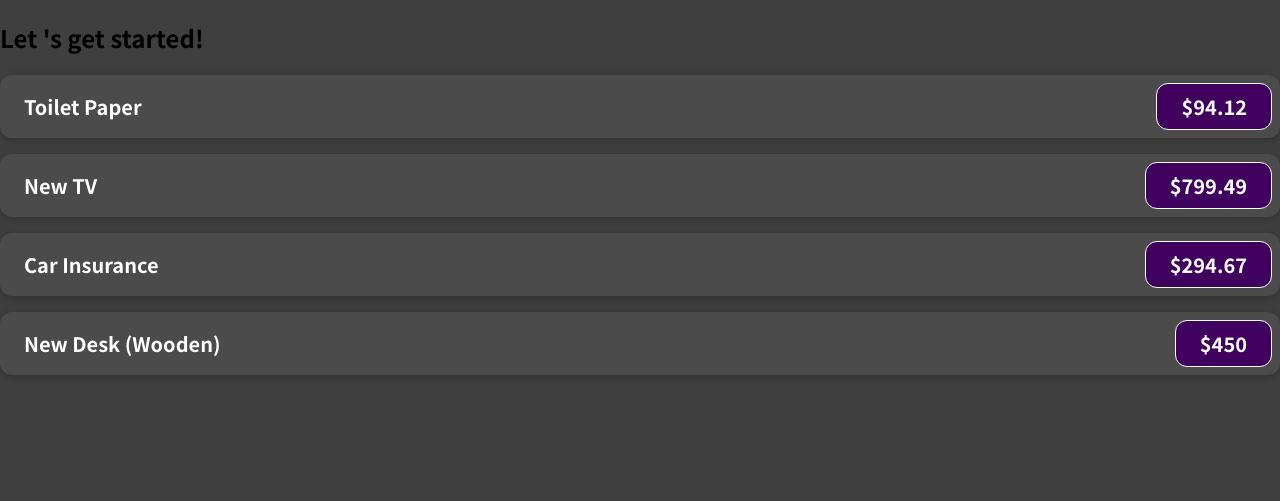
Repository: prathmeshgodbole/react-complete
Page: /
The author's editor kept a copy of each file at every save. The page is drawn from the files as they stood at one save, then again after a run of saves.
The browser window is 1280 px wide. The pictures show the whole page.
The project was rebuilt for these pictures with package versions that can differ from the ones it lists, and the page was loaded fresh each time.

Above is the page before, as saved 2021-07-01 20:33:42.

### src/App.js
import ExpenseItem from "./components/ExpenseItem";
function App() {
  const expenses = [
    {
      id: "e1",
      title: "Toilet Paper",
      amount: 94.12,
      date: new Date(2020, 7, 14),
    },
    { id: "e2", title: "New TV", amount: 799.49, date: new Date(2021, 2, 12) },
    {
      id: "e3",
      title: "Car Insurance",
      amount: 294.67,
      date: new Date(2021, 2, 28),
    },
    {
      id: "e4",
      title: "New Desk (Wooden)",
      amount: 450,
      date: new Date(2021, 5, 12),
    },
  ];
  return (
    <div>
      <h2> Let 's get started!</h2>
      <ExpenseItem
        title={expenses[0].title}
        amount={expenses[0].amount}
        date={expenses[0].date}
      ></ExpenseItem>
      <ExpenseItem
        title={expenses[1].title}
        amount={expenses[1].amount}
        date={expenses[1].date}
      ></ExpenseItem>
      <ExpenseItem
        title={expenses[2].title}
        amount={expenses[2].amount}
        date={expenses[2].date}
      ></ExpenseItem>
      <ExpenseItem
        title={expenses[3].title}
        amount={expenses[3].amount}
        date={expenses[3].date}
      ></ExpenseItem>
    </div>
  );
}

export default App;

### src/components/ExpenseItem.js

import ExpenseDate from "./ExpenseDate";
import "./ExpenseItem.css";

function ExpenseItem(props) {

  return (
    <div className="expense-item">
    <div>

    </div>
      <div className="expense-item__description">
        <h2>{props.title}</h2>
        <div className="expense-item__price">${props.amount}</div>
      </div>
    </div>
  );
}
export default ExpenseItem;

### src/components/ExpenseItem.css
.expense-item {
    display: flex;
    justify-content: space-between;
    align-items: center;
    box-shadow: 0 2px 8px rgba(0, 0, 0, 0.25);
    padding: 0.5rem;
    margin: 1rem 0;
    border-radius: 12px;
    background-color: #4b4b4b;
}

.expense-item__description {
    display: flex;
    flex-direction: column;
    gap: 1rem;
    align-items: flex-end;
    flex-flow: column-reverse;
    justify-content: flex-start;
    flex: 1;
}

.expense-item h2 {
    color: #3a3a3a;
    font-size: 1rem;
    flex: 1;
    margin: 0 1rem;
    color: white;
}

.expense-item__price {
    font-size: 1rem;
    font-weight: bold;
    color: white;
    background-color: #40005d;
    border: 1px solid white;
    padding: 0.5rem;
    border-radius: 12px;
}

@media (min-width: 580px) {
    .expense-item__description {
        flex-direction: row;
        align-items: center;
        justify-content: flex-start;
        flex: 1;
    }
    .expense-item__description h2 {
        font-size: 1.25rem;
    }
    .expense-item__price {
        font-size: 1.25rem;
        padding: 0.5rem 1.5rem;
    }
}

### src/components/ExpenseDate.js
function ExpenseDate(props) {
  const month = props.date.toLocaleString("en-US", { month: "long" });
  const year = props.date.getFullYear();
  const day = props.date.toLocaleString("en-US", { day: "2-digit" });

  return (
    <div>
      <div>{month}</div>
      <div>{year}</div>
      <div>{day}</div>
    </div>
  );
}

export default ExpenseDate;

Loaded but not shown: public/index.html (common file); src/index.js (common file); src/index.css (common file)

After the next 14 saves:
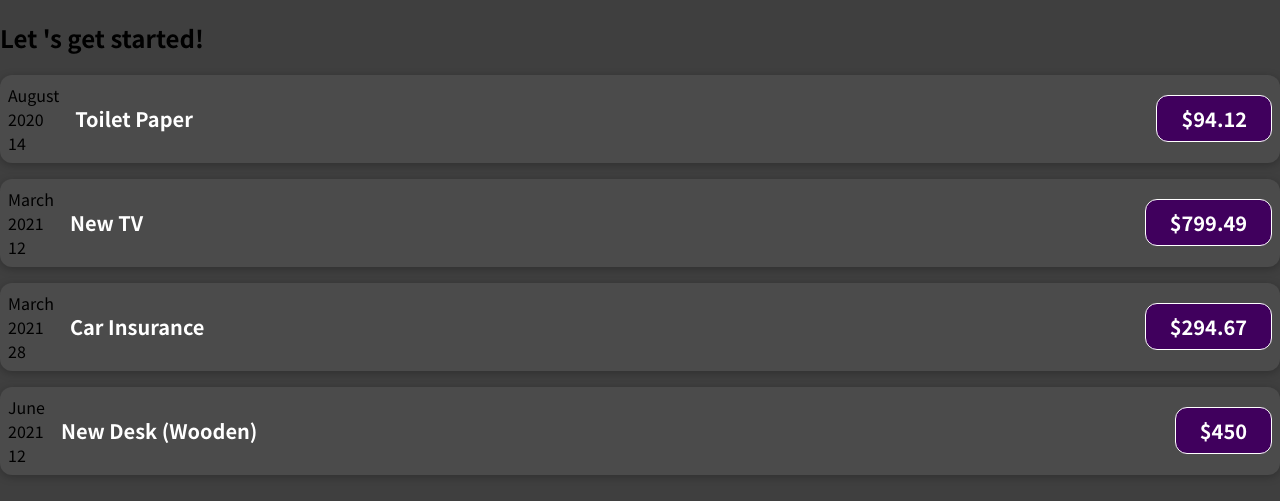
The 14 saves are shown as one change because 2 did not build or start and some came seconds apart.
The last was saved 56 s later.
--- a/src/components/ExpenseItem.js
+++ b/src/components/ExpenseItem.js
@@ -6,9 +6,7 @@ function ExpenseItem(props) {
 
   return (
     <div className="expense-item">
-    <div>
-
-    </div>
+    <ExpenseDate date={props.date}/>
       <div className="expense-item__description">
         <h2>{props.title}</h2>
         <div className="expense-item__price">${props.amount}</div>
